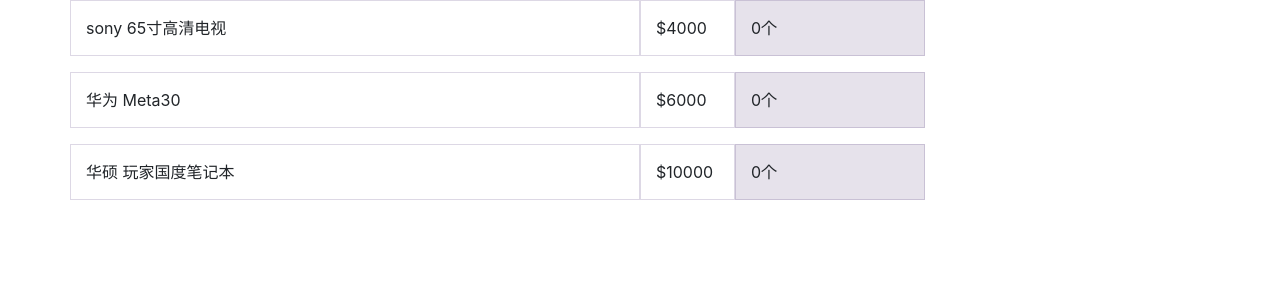
Repository: cuilongshui/reaact_dom
Page: /
The author's editor kept a copy of each file at every save. The page is drawn from the files as they stood at one save, then again after a run of saves.
The browser window is 1280 px wide. The pictures show the whole page.
The project was rebuilt for these pictures with package versions that can differ from the ones it lists, and the page was loaded fresh each time. Also part of the build but not shown: src/App.css.

Above is the page before, as saved 2020-12-10 23:12:42.

After the next 2 saves:
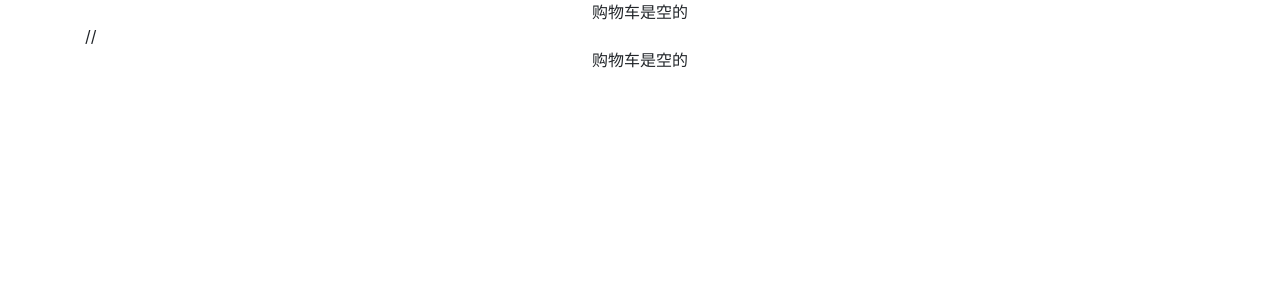
The 2 saves are shown as one change because they came seconds apart.
The last was saved 15 s later.
--- a/src/App.js
+++ b/src/App.js
@@ -4,21 +4,21 @@
 // import ListItem from './components/listItemFunc'
 
 const listData = [
-  {
-    id: 1,
-    title: "sony 65寸高清电视",
-    price: 4000,
-  },
-  {
-    id: 2,
-    title: "华为 Meta30",
-    price: 6000,
-  },
-  {
-    id: 3,
-    title: "华硕 玩家国度笔记本",
-    price: 10000,
-  },
+  // {
+  //   id: 1,
+  //   title: "sony 65寸高清电视",
+  //   price: 4000,
+  // },
+  // {
+  //   id: 2,
+  //   title: "华为 Meta30",
+  //   price: 6000,
+  // },
+  // {
+  //   id: 3,
+  //   title: "华硕 玩家国度笔记本",
+  //   price: 10000,
+  // },
 ];
 
 class App extends Component {
@@ -39,7 +39,7 @@
       <>
         <div className="container">
           {!listData.length && <div className='text-center'>购物车是空的</div>}
-          {this.randerList()}
+          // {this.randerList()}
         </div>
       </>
     );
